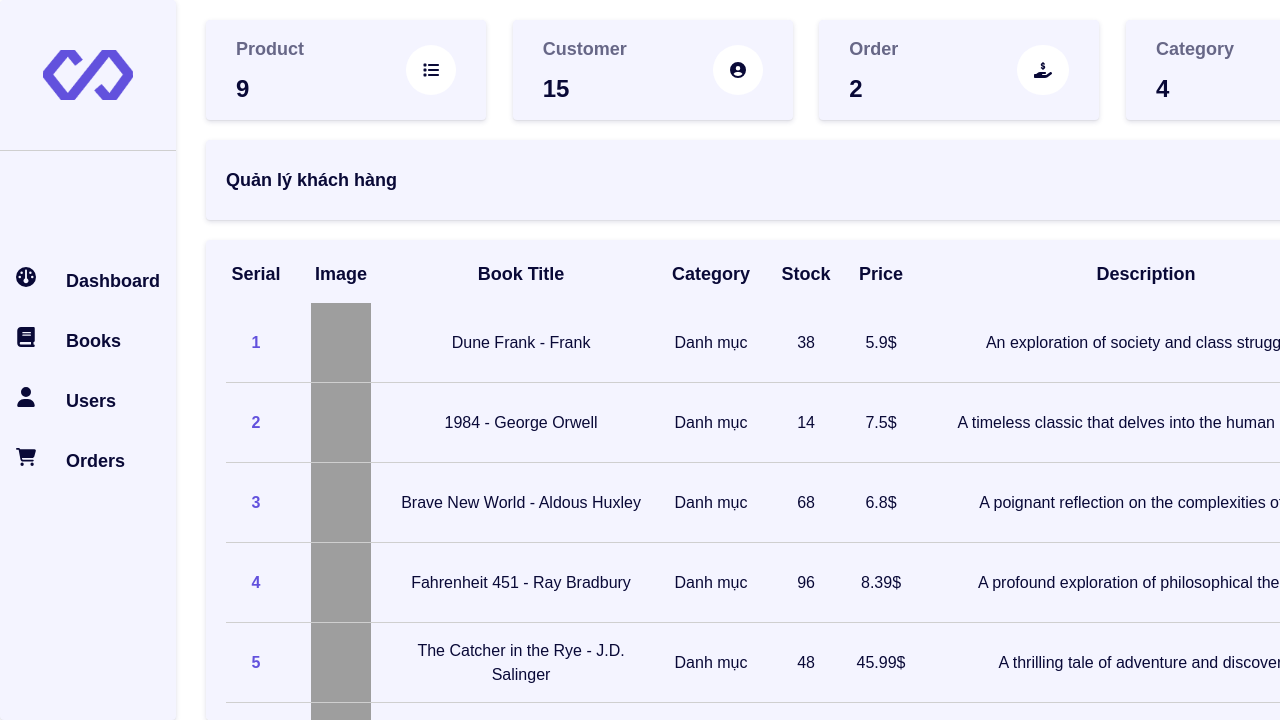
Repository: kauittt/BookStore_FE
Page: / (app in book-store/)
These files come from the project's save history. The page is drawn as it stood at one moment and after the next save; the edit follows.
The browser window is 1280 px wide. The pictures show the whole page.
Pictures or frames that could not be fetched are drawn as grey boxes. An inner scrolling area shows only its first screen. The project was rebuilt for these pictures with package versions that can differ from the ones it lists, and the page was loaded fresh each time. Also part of the build but not shown: book-store/vite.config.js, book-store/src/components/elements/FormInput.jsx, book-store/src/components/login-signup/Login.jsx, book-store/src/components/book/BookItem.jsx, book-store/src/components/book/BookList.jsx, book-store/src/components/elements/BackNavigation.jsx, book-store/src/components/book/BookDetail.jsx, book-store/src/components/cart/QuantitySelector.jsx and 5 more.

Above is the page before, as saved 2024-07-20 15:07:17.

After the next save:
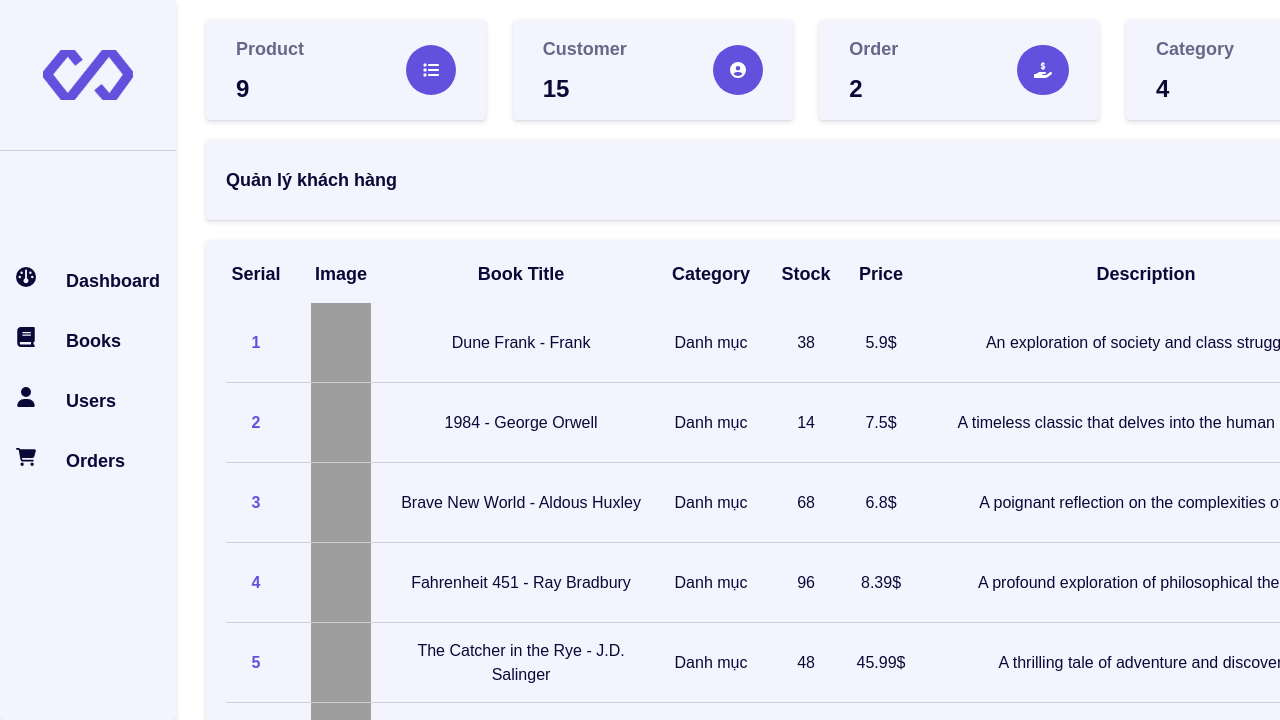
Saved 8 s later.
--- a/book-store/src/components/elements/Card.jsx
+++ b/book-store/src/components/elements/Card.jsx
@@ -25,7 +25,7 @@ const Card = (props) => {
                 <p className="text-2xl font-semibold">{props.quantity}</p>
             </div>
             <FontAwesomeIcon
-                className={`p-[17px] rounded-full  bg-bgr-white `}
+                className={`p-[17px] rounded-full text-text-white bg-text-color `}
                 icon={props.icon}
             />
             {/* <FontAwesomeIcon icon={faCartShopping} />
